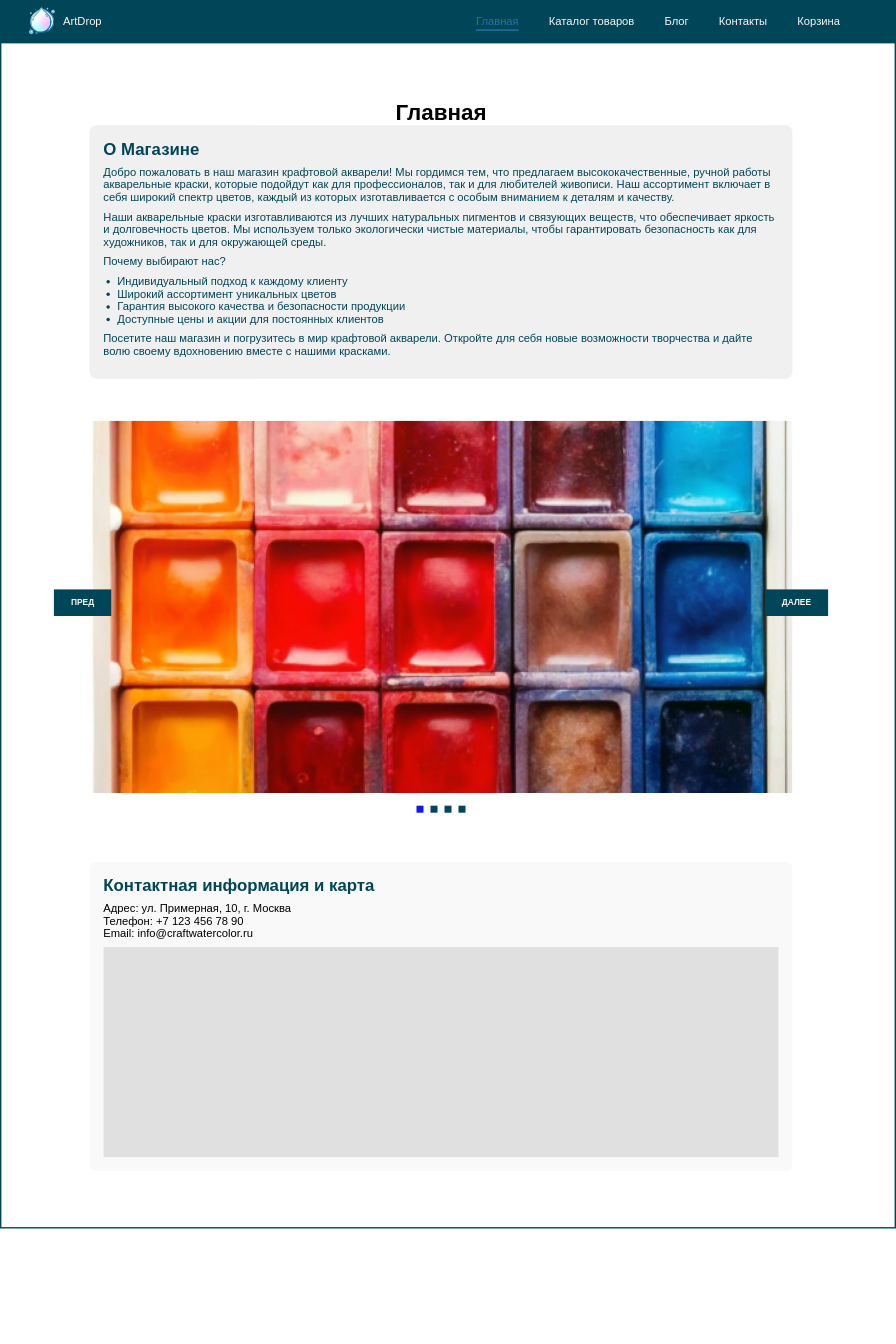
Repository: mnats725/art-drop
Page: index.html
An editor plug-in stored every save of this project. The page is shown before and after the next save, followed by the edit.
The browser window is 1280 px wide. The pictures show the part of the page from y = 0 to 1920 px (the page is 2595 px tall before and 2591 px after), at 70% of full size.

Above is the page before, as saved 2024-05-21 00:31:07.

### index.html
<!DOCTYPE html>
<html lang="en">
<head>
    <meta charset="UTF-8">
    <meta http-equiv="X-UA-Compatible" content="IE=edge">
    <meta name="viewport" content="width=device-width, initial-scale=1.0">
    <title>ArtDrop</title>
    <link rel="stylesheet" href="./css/style.css">
    <link rel="stylesheet" href="./css/content.css">

</head>
<body>
    <div class="wrapper">
        <header class="header">
            <!-- Шапка -->
            <div class="logo">
                <a href="index.html">
                    <img src="./assets/img/logo.svg" alt="ArtDrop Logo">
                    <span>ArtDrop</span>
                </a>
            </div>
            <!-- Меню сайта -->
            <nav class="nav">
                <ul>
                    <li class="active">Главная</li>
                    <li>Каталог товаров</li>
                    <li>Блог</li>
                    <li>Контакты</li>
                    <li>Корзина</li>
                </ul>
            </nav>
            <!-- Иконка бургерменю -->
            <div class="burger">
                <span></span>
            </div>
        </header>
    </div>

    <div class="content">
        <h1 class="content-title">Главная</h1>
        <section class="store-info">
          <h2>О Магазине</h2>
          <p>Добро пожаловать в наш магазин крафтовой акварели! Мы гордимся тем, что предлагаем высококачественные, ручной работы акварельные краски, которые подойдут как для профессионалов, так и для любителей живописи. Наш ассортимент включает в себя широкий спектр цветов, каждый из которых изготавливается с особым вниманием к деталям и качеству.</p>
          <p>Наши акварельные краски изготавливаются из лучших натуральных пигментов и связующих веществ, что обеспечивает яркость и долговечность цветов. Мы используем только экологически чистые материалы, чтобы гарантировать безопасность как для художников, так и для окружающей среды.</p>
          <p>Почему выбирают нас?</p>
          <ul>
              <li>Индивидуальный подход к каждому клиенту</li>
              <li>Широкий ассортимент уникальных цветов</li>
              <li>Гарантия высокого качества и безопасности продукции</li>
              <li>Доступные цены и акции для постоянных клиентов</li>
          </ul>
          <p>Посетите наш магазин и погрузитесь в мир крафтовой акварели. Откройте для себя новые возможности творчества и дайте волю своему вдохновению вместе с нашими красками.</p>
       </section>
        <main class="carousel-container">
            <div class="carousel">
              <div class="item active">
                <img src="./assets/img/colores/photo_1_2024-05-20_20-57-42.jpg" alt="Image 1" />
              </div>
              <div class="item">
                <img src="./assets//img/colores/photo_2_2024-05-20_20-57-42.jpg" alt="Image 2" />
              </div>
              <div class="item">
                <img src="./assets/img/colores/photo_3_2024-05-20_20-57-42.jpg" alt="Image 3" />
              </div>
              <div class="item">
                <img src="./assets/img/colores/photo_4_2024-05-20_20-57-42.jpg" alt="Image 4" />
              </div>
            </div>
            <button class="btn prev">Пред</button>
            <button class="btn next">Далее</button>
            <br>
            <div class="dots"></div>
          </main>

          <section class="contact-info">
            <h2>Контактная информация и карта</h2>
            <p>Адрес: ул. Примерная, 10, г. Москва</p>
            <p>Телефон: +7 123 456 78 90</p>
            <p>Email: info@craftwatercolor.ru</p>
            <div id="map"></div>
        </section>
    </div>

    <div class="pg-footer">
        <footer class="footer">
          <svg class="footer-wave-svg" xmlns="http://www.w3.org/2000/svg" viewBox="0 0 1200 100" preserveAspectRatio="none">
            <path class="footer-wave-path" d="M851.8,100c125,0,288.3-45,348.2-64V0H0v44c3.7-1,7.3-1.9,11-2.9C80.7,22,151.7,10.8,223.5,6.3C276.7,2.9,330,4,383,9.8 c52.2,5.7,103.3,16.2,153.4,32.8C623.9,71.3,726.8,100,851.8,100z"></path>
          </svg>
          <div class="footer-content">
            <div class="footer-content-column">
              <div class="footer-logo">
                <a class="footer-logo-link" href="#">
                  <span class="hidden-link-text">ArtDrop</span>
                  <h1>ArtDrop</h1>
                </a>
              </div>
              <div class="footer-menu">
                <h2 class="footer-menu-name"> Get Started</h2>
                <ul id="menu-get-started" class="footer-menu-list">
                  <li class="menu-item menu-item-type-post_type menu-item-object-product">
                    <a href="#">Start</a>
                  </li>
                  <li class="menu-item menu-item-type-post_type menu-item-object-product">
                    <a href="#">Documentation</a>
                  </li>
                  <li class="menu-item menu-item-type-post_type menu-item-object-product">
                    <a href="#">Installation</a>
                  </li>
                </ul>
              </div>
            </div>
            <div class="footer-content-column">
              <div class="footer-menu">
                <h2 class="footer-menu-name"> Company</h2>
                <ul id="menu-company" class="footer-menu-list">
                  <li class="menu-item menu-item-type-post_type menu-item-object-page">
                    <a href="#">Contact</a>
                  </li>
                  <li class="menu-item menu-item-type-taxonomy menu-item-object-category">
                    <a href="#">News</a>
                  </li>
                  <li class="menu-item menu-item-type-post_type menu-item-object-page">
                    <a href="#">Careers</a>
                  </li>
                </ul>
              </div>
              <div class="footer-menu">
                <h2 class="footer-menu-name"> Legal</h2>
                <ul id="menu-legal" class="footer-menu-list">
                  <li class="menu-item menu-item-type-post_type menu-item-object-page menu-item-privacy-policy menu-item-170434">
                    <a href="#">Privacy Notice</a>
                  </li>
                  <li class="menu-item menu-item-type-post_type menu-item-object-page">
                    <a href="#">Terms of Use</a>
                  </li>
                </ul>
              </div>
            </div>
            <div class="footer-content-column">
              <div class="footer-menu">
                <h2 class="footer-menu-name"> Quick Links</h2>
                <ul id="menu-quick-links" class="footer-menu-list">
                  <li class="menu-item menu-item-type-custom menu-item-object-custom">
                    <a target="_blank" rel="noopener noreferrer" href="#">Support Center</a>
                  </li>
                  <li class="menu-item menu-item-type-custom menu-item-object-custom">
                    <a target="_blank" rel="noopener noreferrer" href="#">Service Status</a>
                  </li>
                  <li class="menu-item menu-item-type-post_type menu-item-object-page">
                    <a href="#">Security</a>
                  </li>
                  <li class="menu-item menu-item-type-post_type menu-item-object-page">
                    <a href="#">Blog</a>
                  </li>
                  <li class="menu-item menu-item-type-post_type_archive menu-item-object-customer">
                    <a href="#">Customers</a></li>
                  <li class="menu-item menu-item-type-post_type menu-item-object-page">
                    <a href="#">Reviews</a>
                  </li>
                </ul>
              </div>
            </div>
            <div class="footer-content-column">
              <div class="footer-call-to-action">
                <h2 class="footer-call-to-action-title"> Let's Chat</h2>
                <p class="footer-call-to-action-description"> Have a support question?</p>
                <a class="footer-call-to-action-button button" href="#" target="_self"> Get in Touch </a>
              </div>
              <div class="footer-call-to-action">
                <h2 class="footer-call-to-action-title"> You Call Us</h2>
                <p class="footer-call-to-action-link-wrapper"> <a class="footer-call-to-action-link" href="tel:0124-64XXXX" target="_self"> 0124-64XXXX </a></p>
              </div>
            </div>
        </footer>
      </div>
    <script>
        document.querySelector('.burger').addEventListener('click', function() {
            this.classList.toggle('active');
            document.querySelector('.nav').classList.toggle('open');
        })
        document.addEventListener("DOMContentLoaded", function () {
  let carousel = document.querySelector(".carousel");
  let items = carousel.querySelectorAll(".item");
  let dotsContainer = document.querySelector(".dots");

  // Insert dots into the DOM
  items.forEach((_, index) => {
    let dot = document.createElement("span");
    dot.classList.add("dot");
    if (index === 0) dot.classList.add("active");
    dot.dataset.index = index;
    dotsContainer.appendChild(dot);
  });

  let dots = document.querySelectorAll(".dot");

  // Function to show a specific item
  function showItem(index) {
    items.forEach((item, idx) => {
      item.classList.remove("active");
      dots[idx].classList.remove("active");
      if (idx === index) {
        item.classList.add("active");
        dots[idx].classList.add("active");
      }
    });
  }

  // Event listeners for buttons
  document.querySelector(".prev").addEventListener("click", () => {
    let index = [...items].findIndex((item) =>
      item.classList.contains("active")
    );
    showItem((index - 1 + items.length) % items.length);
  });

  document.querySelector(".next").addEventListener("click", () => {
    let index = [...items].findIndex((item) =>
      item.classList.contains("active")
    );
    showItem((index + 1) % items.length);
  });

  // Event listeners for dots
  dots.forEach((dot) => {
    dot.addEventListener("click", () => {
      let index = parseInt(dot.dataset.index);
      showItem(index);
    });
  });
});

    </script>
</body>
</html>

### css/style.css
html, body {
    height: 100%;
    width: 100%;
    margin: 0;
    padding: 0;
}

body {
    display: flex;
    flex-direction: column;
    font-family: Arial, "Helvetica Neue", Helvetica, sans-serif;

}

*{
    padding: 0;
    margin: 0;
    box-sizing: border-box;
}

.wrapper{
    flex-grow: 1;
}

.open{
    display: flex !important;
}

.header {
    display: flex;
    align-items: center;
    justify-content: space-between;
    min-height: 60px;
    background-color: #004658;
    color: #FAF6F2;
    padding: 0 40px;
}

.logo a {
    display: flex;
    align-items: center;
    text-decoration: none; /* Убираем подчеркивание ссылки */
    color: inherit; /* Наследуем цвет текста от родительского элемента */
}

.logo img {
    width: 40px; /* Укажите желаемую ширину для логотипа */
    height: auto;
    margin-right: 10px; /* Добавим небольшое расстояние между логотипом и текстом */
}

.nav {
    display: flex;
    width: 600px;
    padding: 0 40px;
}

.nav ul {
    width: 100%;
    list-style: none;
    display: flex;
    justify-content: space-between;
}

.nav ul li {
    position: relative; /* Добавим позиционирование для создания эффекта */
    cursor: pointer; /* Указатель при наведении для обозначения активного элемента */
    transition: color 0.3s ease; /* Анимация при наведении */
}

.nav ul li::after {
    content: '';
    position: absolute;
    bottom: -5px;
    left: 0;
    width: 0; /* Начальное значение нулевой ширины */
    height: 2px;
    background-color: #2271B3; /* Цвет линии */
    transition: width 0.3s ease; /* Анимация изменения ширины */
}

.nav ul li:hover::after {
    width: 100%; /* Увеличиваем ширину линии при наведении */
}

.nav ul li:hover,
.nav ul li.active { /* Изменение цвета текста при наведении и активном состоянии */
    color: #2271B3; /* Цвет текста при наведении и активном состоянии */
}

.nav ul li.active::after {
    content: '';
    position: absolute;
    bottom: -5px;
    left: 0;
    width: 100%;
    height: 2px;
    background-color: #2271B3; /* Цвет подчеркивания активного элемента */
}

* {
    margin: 0;
    padding: 0;
  }
  a {
    color: #fff;
    text-decoration: none;
  }
  .pg-footer {
    font-family: 'Roboto', sans-serif;
  }


  .footer {
    margin-top: 300px;
      background-color: #004658;
      color: #fff;

  }
  .footer-wave-svg {
      background-color: transparent;
      display: block;
      height: 30px;
      position: relative;
      top: -1px;
      width: 100%;
  }
  .footer-wave-path {
      fill: #fffff2;
  }

  .footer-content {
      margin-left: auto;
      margin-right: auto;
      max-width: 1230px;

      padding: 40px 15px 450px;
      position: relative;
  }

  .footer-content-column {
      box-sizing: border-box;
      float: left;
      padding-left: 15px;
      padding-right: 15px;
      width: 100%;
      color: #fff;
  }

  .footer-content-column ul li a {
    color: #fff;
    text-decoration: none;
  }

  .footer-logo-link {
      display: inline-block;
  }
  .footer-menu {
      margin-top: 30px;
  }

  .footer-menu-name {
      color: #fffff2;
      font-size: 15px;
      font-weight: 900;
      letter-spacing: .1em;
      line-height: 18px;
      margin-bottom: 0;
      margin-top: 0;
      text-transform: uppercase;
  }
  .footer-menu-list {
      list-style: none;
      margin-bottom: 0;
      margin-top: 10px;
      padding-left: 0;
  }
  .footer-menu-list li {
      margin-top: 5px;
  }

  .footer-call-to-action-description {
      color: #fffff2;
      margin-top: 10px;
      margin-bottom: 20px;
  }
  .footer-call-to-action-button:hover {
      background-color: #fffff2;
      color: #00bef0;
  }
  .button:last-of-type {
      margin-right: 0;
  }
  .footer-call-to-action-button {
      background-color: #027b9a;
      border-radius: 21px;
      color: #fffff2;
      display: inline-block;
      font-size: 11px;
      font-weight: 900;
      letter-spacing: .1em;
      line-height: 18px;
      padding: 12px 30px;
      margin: 0 10px 10px 0;
      text-decoration: none;
      text-transform: uppercase;
      transition: background-color .2s;
      cursor: pointer;
      position: relative;
  }
  .footer-call-to-action {
      margin-top: 30px;
  }
  .footer-call-to-action-title {
      color: #fffff2;
      font-size: 14px;
      font-weight: 900;
      letter-spacing: .1em;
      line-height: 18px;
      margin-bottom: 0;
      margin-top: 0;
      text-transform: uppercase;
  }
  .footer-call-to-action-link-wrapper {
      margin-bottom: 0;
      margin-top: 10px;
      color: #fff;
      text-decoration: none;
  }
  .footer-call-to-action-link-wrapper a {
      color: #fff;
      text-decoration: none;
  }





  .footer-social-links {
      bottom: 0;
      height: 54px;
      position: absolute;
      right: 0;
      width: 236px;
  }

  .footer-social-amoeba-svg {
      height: 54px;
      left: 0;
      display: block;
      position: absolute;
      top: 0;
      width: 236px;
  }

  .footer-social-amoeba-path {
      fill: #027b9a;
  }

  .footer-social-link.linkedin {
      height: 26px;
      left: 3px;
      top: 11px;
      width: 26px;
  }

  .footer-social-link {
      display: block;
      padding: 10px;
      position: absolute;
  }

  .hidden-link-text {
      position: absolute;
      clip: rect(1px 1px 1px 1px);
      clip: rect(1px,1px,1px,1px);
      -webkit-clip-path: inset(0px 0px 99.9% 99.9%);
      clip-path: inset(0px 0px 99.9% 99.9%);
      overflow: hidden;
      height: 1px;
      width: 1px;
      padding: 0;
      border: 0;
      top: 50%;
  }

  .footer-social-icon-svg {
      display: block;
  }

  .footer-social-icon-path {
      fill: #fffff2;
      transition: fill .2s;
  }

  .footer-social-link.twitter {
      height: 28px;
      left: 62px;
      top: 3px;
      width: 28px;
  }

  .footer-social-link.youtube {
      height: 24px;
      left: 123px;
      top: 12px;
      width: 24px;
  }

  .footer-social-link.github {
      height: 34px;
      left: 172px;
      top: 7px;
      width: 34px;
  }


  /* Media Query For different screens */
  @media (min-width:320px) and (max-width:479px)  { /* smartphones, portrait iPhone, portrait 480x320 phones (Android) */
    .footer-content {
      margin-left: auto;
      margin-right: auto;
      max-width: 1230px;
      padding: 40px 15px 1050px;
      position: relative;
    }
  }
  @media (min-width:480px) and (max-width:599px)  { /* smartphones, Android phones, landscape iPhone */
    .footer-content {
      margin-left: auto;
      margin-right: auto;
      max-width: 1230px;
      padding: 40px 15px 1050px;
      position: relative;
    }
  }
  @media (min-width:600px) and (max-width: 800px)  { /* portrait tablets, portrait iPad, e-readers (Nook/Kindle), landscape 800x480 phones (Android) */
    .footer-content {
      margin-left: auto;
      margin-right: auto;
      max-width: 1230px;
      padding: 40px 15px 1050px;
      position: relative;
    }
  }
  @media (min-width:801px)  { /* tablet, landscape iPad, lo-res laptops ands desktops */

  }
  @media (min-width:1025px) { /* big landscape tablets, laptops, and desktops */

  }
  @media (min-width:1281px) { /* hi-res laptops and desktops */

  }




  @media (min-width: 760px) {
    .footer-content {
        margin-left: auto;
        margin-right: auto;
        max-width: 1230px;
        padding: 40px 15px 450px;
        position: relative;
    }

    .footer-wave-svg {
        height: 50px;
    }

    .footer-content-column {
        width: 24.99%;
    }
  }
  @media (min-width: 568px) {
    /* .footer-content-column {
        width: 49.99%;
    } */
  }


.burger{
    display: none;
    position: relative;
    z-index: 50;
    align-items: center;
    justify-content: flex-end;
    width: 30px;
    height: 18px;
}

.burger span{
    height: 2px;
    width: 80%;
    transform: scale(1);
    background-color: #FAF6F2;
}

.burger::before, .burger::after{
    content: '';
    position: absolute;
    height: 2px;
    width: 100%;
    background-color: #FAF6F2;
    transition: all 0.3s ease 0s;
}

.burger::before { top: 0 }

.burger::after { bottom: 0 }


/* Добавляем класс active для анимации иконки бургера */
.burger.active span { transform: scale(0) }

.burger.active::before{
    top: 50%;
    transform: rotate(-45deg) translate(0, -50%);
}

.burger.active::after{
    bottom: 50%;
    transform: rotate(45deg) translate(0, 50%);
}


/* При разрешении экрана 900px и ниже, выводим на экран иконку бургера */
@media (max-width: 900px) {

    .burger { display: flex }

    .nav{
        display: none;
        flex-direction: column;
        position: fixed;
        height: 100%;
        width: 100%;
        top: 0; bottom: 0; left: 0; right: 0;
        z-index: 50;
        overflow-y: auto;
        padding: 50px 40px;
        background-color: #388ae7;
        animation: burgerAnimation 0.4s;
    }

    .nav ul{
        flex-direction: column;
        row-gap: 30px;
    }


}

@keyframes burgerAnimation {
    from {opacity: 0}
    to {opacity: 1}
}

### css/content.css
.content {
  padding-top: 80px;
  padding-bottom: 80px;
  border: 2px solid #004658;
  margin: 0 auto;
  padding-right: 20px;
}

.content-title {
  text-align: center;
}

.store-info {
  background-color: #f0f0f0;
  color: #004658;
  padding: 20px;
  border-radius: 10px;
  margin-bottom: 20px;
  margin-left: 10%;
  margin-right: 10%;
}

.store-info h2 {
  color: #004658;
  margin-bottom: 10px;
}

.store-info p,
.store-info ul {
  margin-bottom: 10px;
}

.store-info ul {
  padding-left: 20px;
}

.store-info ul li {
  list-style-type: disc;
}

.contact-info {
  background-color: #f9f9f9;
  padding: 20px;
  border-radius: 10px;
  margin-left: 10%;
  margin-right: 10%;
  margin-top: 70px;
}

.contact-info h2 {
  color: #004658;
  margin-bottom: 10px;
}

#map {
  margin-top: 10px;
  width: 100%;
  height: 300px;
  background-color: #e0e0e0;
}

.carousel-container {
  padding-top: 40px;
  width: 80%;
  height: 600px;
  margin: auto;
  position: relative;
  display: flex;
  flex-direction: column;
  gap: var(--lx-gap);

  .carousel {
    aspect-ratio: 16/9;
    width: 100%;
    position: relative;
    overflow: hidden;

    .item {
      opacity: 0;
      width: 100%;
      height: 100%;
      display: none;
      transition: opacity 0.5s ease-in-out;

      img {
        width: 100%;
        height: 100%;
        object-fit: cover;
        object-position: center;
      }

      .caption {
        width: 100%;
        padding: var(--lx-space-01);
        position: absolute;
        bottom: 0;
        text-transform: uppercase;
        text-align: center;
        font-size: 12px;
        background-color: rgba(0, 0, 0, 0.5);
      }

      &.active {
        opacity: 1;
        display: block;
      }
    }
  }

  .btn {
    padding: 1em 2em;
    position: absolute;
    transform: translateY(-50%);
    top: 50%;
    outline: none;
    border: none;
    cursor: pointer;
    text-transform: uppercase;
    font-size: 12px;
    font-weight: 900;
    color: #FAF6F2;
    background-color: #004658;
    transition: transform 0.2s ease-in-out;

    &:active,
    &:focus {
      transform: translateY(-50%) scale(0.9);
    }

    &:hover {
      transform: translateY(-50%) scale(0.96);
    }
  }

  .prev {
    left: -5%;
  }

  .next {
    right: -5%;
  }

  .dots {
    display: flex;
    align-items: center;
    justify-content: center;
    gap: 10px;

    .dot {
      cursor: pointer;
      height: 10px;
      width: 10px;
      background-color: #004658;
      transition: background-color 0.2s ease;

      &.active,
      &:hover {
        background-color: #1115ee;
      }
    }
  }
}

After the next save:
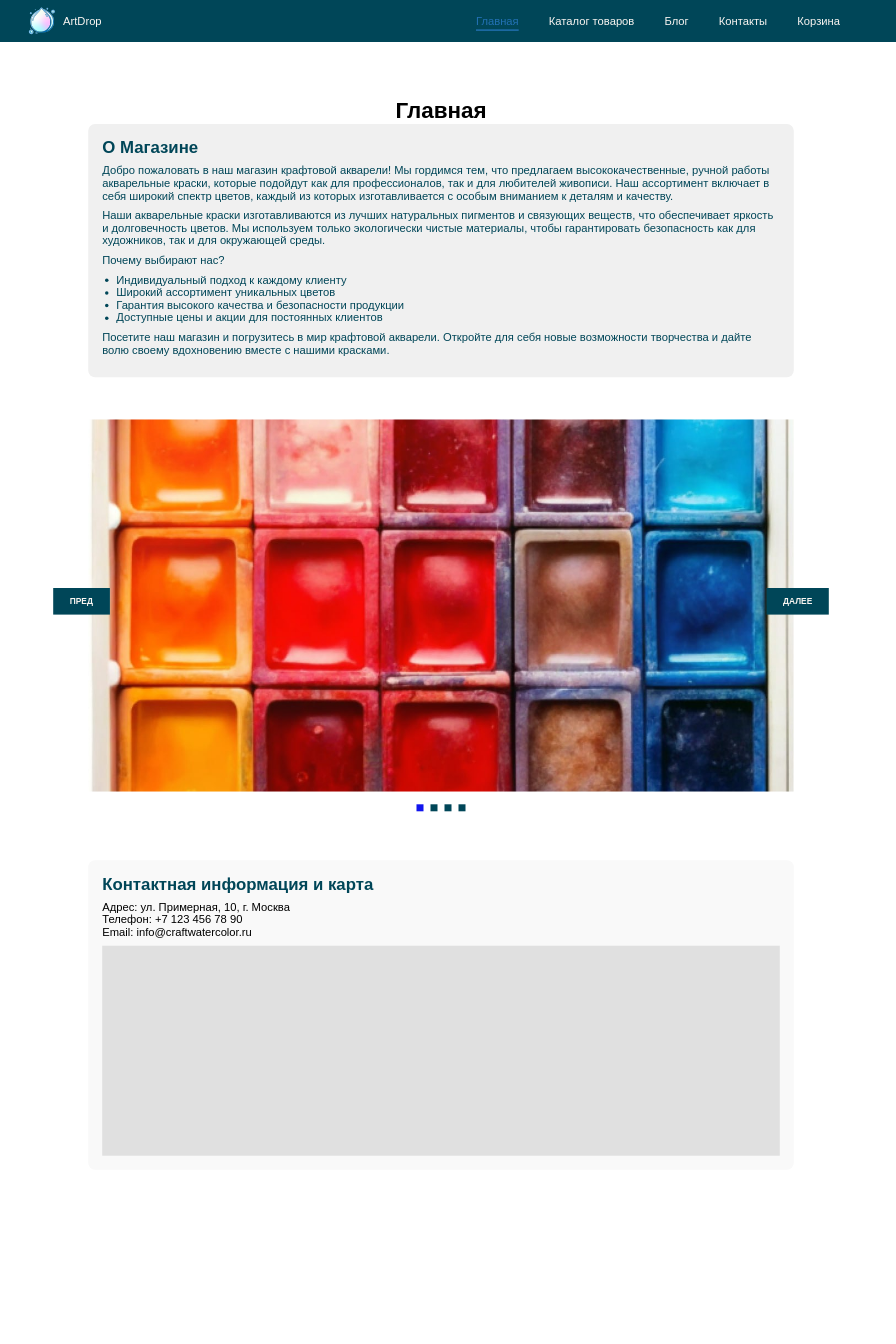
Saved 11 s later.
--- a/css/content.css
+++ b/css/content.css
@@ -1,7 +1,7 @@
 .content {
   padding-top: 80px;
   padding-bottom: 80px;
-  border: 2px solid #004658;
+
   margin: 0 auto;
   padding-right: 20px;
 }
